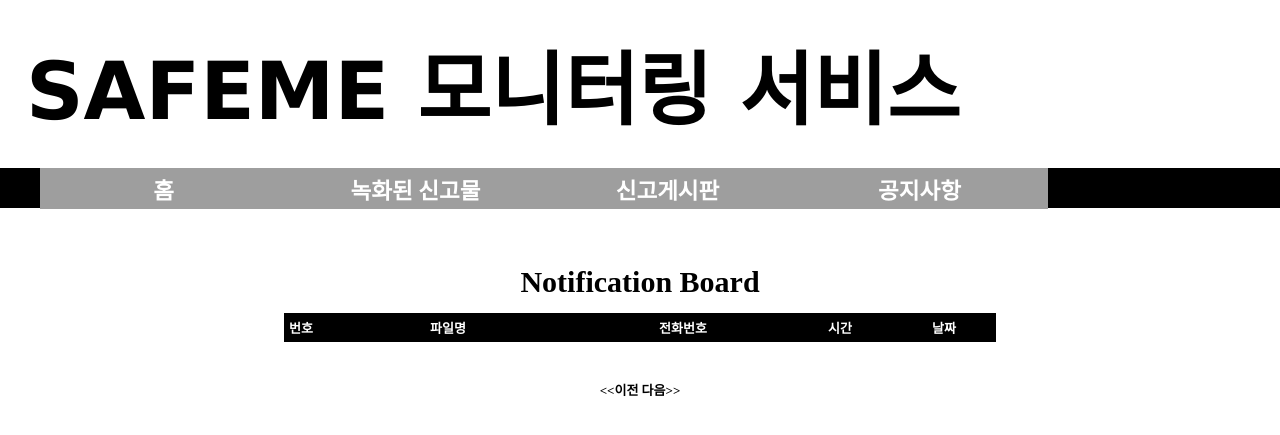
Repository: imdasom/SafeMe
Page: http://localhost/SafeMe/homepage/sinkokyesipan.jsp
These files come from the project's save history. The page is drawn as it stood at one moment and after the next save; the edit follows.
The browser window is 1280 px wide. The pictures show the whole page.
Pictures or frames that could not be fetched are drawn as grey boxes. The page is served by Tomcat 9. Queries for data that is not in the repository find no rows.

Above is the page before, as saved 2015-12-15 14:25:38.

### FinalSafeMeWeb/SafeMe/homepage/sinkokyesipan.jsp
<%@ page language="java" import="java.sql.*" contentType="text/html; charset=utf-8" pageEncoding="utf-8"%>
<html>
<head>
<jsp:include page="Home.jsp" flush="false" /></br></br>
<title>글 목록 보기</title>
</head>

<body bgcolor="white" text="black" link="blue" vlink="red" alink="red" style="font-family:돋움;">
<p align="center"><br>
<div align="center"><h1>Notification Board</h1>
<table border="0" cellpadding="0" cellspacing="0" width="700">
  	<tr>
        <td bgcolor="black"><table border="0" cellpadding="5" cellspacing="3" width="100%">
                <tr>
                    <th align="center" nowrap bgcolor="#FFFFFF"><p><font
                         size="2" color=black>번호</font></th>
                    <th width=250 align="center" nowrap bgcolor="#FFFFFF""><p><font
                         size="2" color=black>파일명</font></th>
                    <th width="200" align="center" nowrap bgcolor="#FFFFFF""><p><font
                         size="2" color=black>전화번호</font></th>
                    <th width="94" align="center" nowrap bgcolor="#FFFFFF""><p><font
                         size="2" color=black>시간</font></th>
                    <th width="94" align="center" nowrap bgcolor="#FFFFFF"><p><font
                         size="2" color=black>날짜</font></th>
                </tr>
<%
try {
		String b_date,b_time,b_phonenum,b_filename,b_loc_str,b_loc_lat,b_loc_lon;
        int b_id;
		int datacount=0;
        int pagecount;

      Class.forName("com.mysql.jdbc.Driver");
      Connection conn = DriverManager.getConnection("jdbc:mysql://localhost:3306/safemetest","root","test123");
      Statement stmt = conn.createStatement();
        ResultSet rs0=stmt.executeQuery("select count(id) from notify");

        if(rs0.next()) {
                datacount=rs0.getInt(1);
                rs0.close();
        }
        int pagesize=10;
        pagecount=datacount/(pagesize+1)+1;
        int mypage=1;
        int abpage=1;
        if(request.getParameter("mypage")!=null) {
                mypage=Integer.parseInt(request.getParameter("mypage"));
                abpage=(mypage-1)*pagesize+1;
		if(abpage <= 0 ) abpage=1;
        }

       ResultSet rs = stmt.executeQuery("select * from notify order by id desc");

	if(!rs.next()) {
		pagesize=0;
	} else {
		rs.absolute(abpage);
	}
	for(int k=1;k <= pagesize; k++) {
                b_id=rs.getInt(1);
                b_date=rs.getString(2);
                b_time=rs.getString(3);
                b_phonenum=rs.getString(4);
                b_filename=rs.getString(5);
                b_loc_str=rs.getString(6);
                b_loc_lat=rs.getString(7);
                b_loc_lon=rs.getString(8);
%>
                <tr>
                  <td align="center" bgcolor="#FFFFFF" ><p><font size="2"><%=b_id%></font></td>
                  <td width="364" align="left" bgcolor="#FFFFFF"><p><font
                       size="2">&nbsp;&nbsp;&nbsp;</font><a href="sinkokyesipan_view1.jsp?bid=<%=b_id%>"><font
                       size="2"><%=b_filename%></font></a></td>
                  <td width="94" align="center" nowrap bgcolor="#FFFFFF"><p><font
                       size="2"><%=b_phonenum%></font></td>
                  <td width="114" align="center" bgcolor="#FFFFFF"><p><font
                       size="2"><%=b_date%></font></td>
                  <td align="center" bgcolor="#FFFFFF" ><p><font size="2"><%=b_time%></font></td>
                </tr>
<%
		if(rs.getRow()==datacount){
			break;
		} else {
			rs.next();
		}
	}

	rs.close();
	stmt.close();
	conn.close();

%>
            </table></td>
 </tr>
</table></div><br>
<p align="center"><font size=2>
<%
        int gopage=1;
        if(mypage!=1) {
                gopage=mypage-1;
                out.println("<a href=sinkokyesipan.jsp?mypage="+gopage+"><<이전</a>  ");
        } else {
		out.println("<<이전");
	}
%>
<%
        if(mypage!=pagecount) {
                gopage=mypage+1;
                out.println("<a href=sinkokyesipan.jsp?mypage="+gopage+">다음>></a>  ");
        } else {
		out.println("다음>>");
	}
} catch (Exception e) {
	out.println(e);
}
%>

</font></p>
</body>
</html>

### FinalSafeMeWeb/SafeMe/homepage/Home.jsp
<%@ page language="java" contentType="text/html; charset=EUC-KR"
	pageEncoding="EUC-KR"%>
<!DOCTYPE html PUBLIC "-//W3C//DTD HTML 4.01 Transitional//EN" "http://www.w3.org/TR/html4/loose.dtd">
<html xmlns="http://www.w3.org/1999/xhtml">
<head>
<meta http-equiv="Content-Type" content="text/html; charset=iso-8859-1" />
<title>대한민국 치안 방지 프로젝트</title>
<style type="text/css">
<!--
body {
	margin: 0;
	padding: 0;
	font: bold 15px/1.5em 맑은 고딕, Verdana, Arial, Helvetica, sans-serif;
}

h2 {
	font: bold 80px 맑은 고딕, Verdana, Arial, Helvetica, sans-serif;
	color: #000;
	margin: 26px;
	padding: 0px 0px 0px 0px;
}

/*- Menu Tabs E--------------------------- */
#tabsE {
	float: left;
	width: 100%;
	background: #000;
	font-size: 150%;
	line-height: normal;
	height: 40px;
}

#tabsE ul {
	margin: 0;
	/* padding:10px 10px 0 50px; */
	list-style: none;
	text-align: center;
}

#tabsE li {
	display: inline;
	margin: 0;
	padding: 0;
}

#tabsE a {
	float: left;
	background: url("tableftE.gif") no-repeat left top;
	margin: 0;
	padding: 0 0 0 4px;
	text-decoration: none;
	width: 20%;
}

#tabsE a span {
	float: left;
	display: block;
	background: url("tabrightE.gif") no-repeat right top;
	padding: 5px 15px 4px 6px;
	color: #FFF;
}
/* Commented Backslash Hack hides rule from IE5-Mac \*/
#tabsE a span {
	float: none;
}
/* End IE5-Mac hack */
#tabsE a:hover span {
	color: #FFF;
}

#tabsE a:hover {
	background-position: 0% -42px;
}

#tabsE a:hover span {
	background-position: 100% -42px;
}

#tabsE #current a {
	background-position: 0% -42px;
}

#tabsE #current a span {
	background-position: 100% -42px;
}

--> /* 게시판 css */
table {
	border-collapse: collapse;
	border-bottom-color: #000;
	text-align: center;
}

tbody tr:first-child {
	color: #000;
	text-align: center;
}

thead {
	background-color: #f4f4f4; /* border-bottom:1px solid #f4f4f4; */
}

tbody tr:hover {
	cursor: pointer;
}

tbody tr:first-child th {
	background: #000;
}

tbody tr:first-child th p font {
	color: #fff;
}


tbody tr:not(:FIRST-CHILD){
	border-bottom: 1px solid;
}

tbody tr:not(:first-child) th p a {
	text-decoration: none;
}

</style>
</head>
<body>

	<h2>SAFEME 모니터링 서비스</h2>
	<div id="tabsE">
		<ul>
			<!-- CSS Tabs -->
			<li><a href="HomeImage.jsp"><span>홈</span></a></li>
			<li><a href="recordkesipan.jsp"><span>녹화된 신고물</span></a></li>
			<li><a href="sinkokyesipan.jsp"><span>신고게시판</span></a></li>
			<li><a href="list1.jsp"><span>공지사항</span></a></li>

		</ul>
	</div>

</body>

</html>

After the next save:
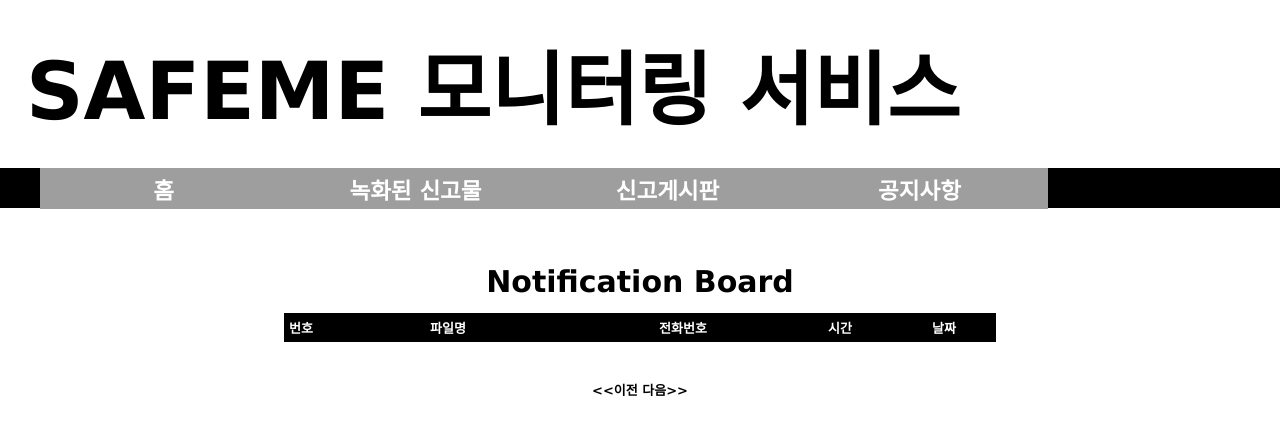
Saved 95 s later.
--- a/FinalSafeMeWeb/SafeMe/homepage/sinkokyesipan.jsp
+++ b/FinalSafeMeWeb/SafeMe/homepage/sinkokyesipan.jsp
@@ -5,7 +5,7 @@
 <title>글 목록 보기</title>
 </head>
 
-<body bgcolor="white" text="black" link="blue" vlink="red" alink="red" style="font-family:돋움;">
+<body bgcolor="white" text="black" link="blue" vlink="red" alink="red">
 <p align="center"><br>
 <div align="center"><h1>Notification Board</h1>
 <table border="0" cellpadding="0" cellspacing="0" width="700">
